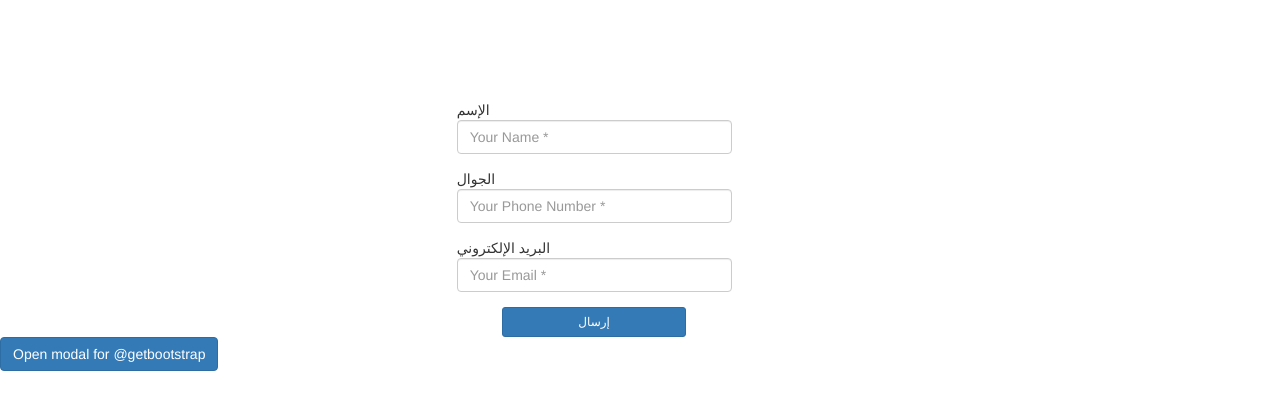
Repository: Abdaljawad-Aya/Itbeep-task
Page: http://localhost/form-user
The author's editor kept a copy of each file at every save. The page is drawn from the files as they stood at one save, then again after the next save.
The browser window is 1280 px wide. The pictures show the whole page.
The page is served by the project's Laravel application, run on PHP 8.4 with Laravel 8. Other server files are loaded and not shown.

Above is the page before, as saved 2021-03-07 17:42:15.

### singlePageApp/routes/web.php
<?php

use Illuminate\Support\Facades\Route;

/*
|--------------------------------------------------------------------------
| Web Routes
|--------------------------------------------------------------------------
|
| Here is where you can register web routes for your application. These
| routes are loaded by the RouteServiceProvider within a group which
| contains the "web" middleware group. Now create something great!
|
*/

Route::get('/', function () {
    return view('welcome');
});

Route::get('form-user', 'formController@form');
Route::post('form-user', ['as' => 'users.store', 'uses' => 'formController@formSaveData']);

### singlePageApp/app/Http/Controllers/formController.php
<?php

namespace App\Http\Controllers;

use Illuminate\Support\Facades\Mail;

use Illuminate\Http\Request;
use App\Mail\formUser;
use App\form;

class formController extends Controller
{
    /**
     * Show the application
     *
     * @return \Illuminatey\Http\Response
     */

    public function form()
    {
        return view('form-user');
    }

    /**
     * Show the application
     *
     * @return \Illuminatey\Http\Response
     */

    public function formSaveData(Request $request)

    {
        $this->validate($request, [
            'name'   => 'required',
            'email'  => 'required|email',
            'mobile' => 'required',
        ]);

        form::create($request->all());
        Mail::send(
            'form-user',
            array(
                'name'   => $request->get('name'),
                'mobile' => $request->get('mobile'),
                'email'  => $request->get('email'),
            ),
            function ($message) use ($request) {
                $message->from('abdaljawad.ayah94@gmail.com');
                $message->to($request->email, 'Admin')->subject($request->get('subject'));
            }
        );
        return back()->with('success', 'Thanks for contact us!');
    }
}

### singlePageApp/resources/views/form-user.blade.php
<!DOCTYPE html>
<html lang="en">
<head>
    <meta charset="UTF-8">
    <meta name="viewport" content="width=device-width, initial-scale=1.0">
    <meta http-equiv="X-UA-Compatible" content="ie=edge">
    <link rel="stylesheet" href="https://maxcdn.bootstrapcdn.com/bootstrap/3.4.1/css/bootstrap.min.css">

    <script src="https://ajax.googleapis.com/ajax/libs/jquery/3.5.1/jquery.min.js"></script>

    <script src="https://maxcdn.bootstrapcdn.com/bootstrap/3.4.1/js/bootstrap.min.js"></script>
    <link rel="stylesheet" href="../views/css/style.css">
    <title>Form</title>
</head>
<body>
   <div class="container contact-form col-lg-6 col-md-offset-4" style="margin-top:100px;">
     @if (session('status'))
       <div class="alert alert-success">
           {{ session('status')}}
       </div>
    @endif
    @if (session('warning'))
    <div class="alert alert-warning">
        {{session('warning')}}
    </div>
    @endif

    <form method="POST" action ="{{ route('users.store')}}">
     {{ csrf_field()}}

     <div class="col-md-6">

        {{-- NAME --}}
         <div class="form-group {{ $errors->has('name') ? ' has-error' : '' }}">
                الإسم
            <input type="text" name="name" class="form-control" placeholder="Your Name *" required/>
             @if ($errors->has('name'))
                 <span class="help-block">
                     <strong>
                         {{ $errors->first('name')}}
                     </strong>
                 </span>
             @endif
         </div>


        {{-- MOBILE --}}

        <div class="form-group" {{$errors->has('mobile') ? 'has-error' : ''}}>
            الجوال
         <input type="text" name="mobile" class="form-control" placeholder="Your Phone Number *" required/>

         @if ($errors->has('mobile'))
             <span class="help-block">
                 <strong>
                     {{ $errors->first('mobile')}}
                 </strong>
             </span>
         @endif
        </div>
         {{-- EMAIL --}}
         <div class="form-group" {{$errors->has('email') ? 'has-error' : ''}}>
            البريد الإلكتروني
          <input type="email" name="email" class="form-control" placeholder="Your Email *" required />

            @if ($errors->has('email'))
            <span class="help-block">
                <strong>
                    {{ $errors->first('email')}}
                </strong>
            </span>
            @endif
        </div>

        <div class="form-group">

            <input type="submit" name="btnSubmit" class="btn btn-primary btn-square btn-sm col-lg-8 col-md-offset-2" value="إرسال" data-toggle="modal" data-target="#exampleModal" data-whatever="@getbootstrap">
        </div>
     </div>
    </form>
</div>

<button type="button" class="btn btn-primary" data-toggle="modal" data-target="#exampleModal" data-whatever="@getbootstrap">Open modal for @getbootstrap</button>

<div class="modal fade" id="exampleModal" tabindex="-1" role="dialog" aria-labelledby="exampleModalLabel" aria-hidden="true">
  <div class="modal-dialog" role="document">
    <div class="modal-content">
      <div class="modal-header">
        <h5 class="modal-title" id="exampleModalLabel">New message</h5>
        <button type="button" class="close" data-dismiss="modal" aria-label="Close">
          <span aria-hidden="true">&times;</span>
        </button>
      </div>
      <div class="modal-body">
        <form>
          <div class="form-group">
            <label for="recipient-name" class="col-form-label">Recipient:</label>
            <input type="text" class="form-control" id="recipient-name">
          </div>
          <div class="form-group">
            <label for="message-text" class="col-form-label">Message:</label>
            <textarea class="form-control" id="message-text"></textarea>
          </div>
        </form>
      </div>
      <div class="modal-footer">
        <button type="button" class="btn btn-secondary" data-dismiss="modal">Close</button>
        <button type="button" class="btn btn-primary">Send message</button>
      </div>
    </div>
  </div>
</div>
</body>
</html>

Loaded but not shown: singlePageApp/app/Http/Controllers/Controller.php (common file)

After the next save:
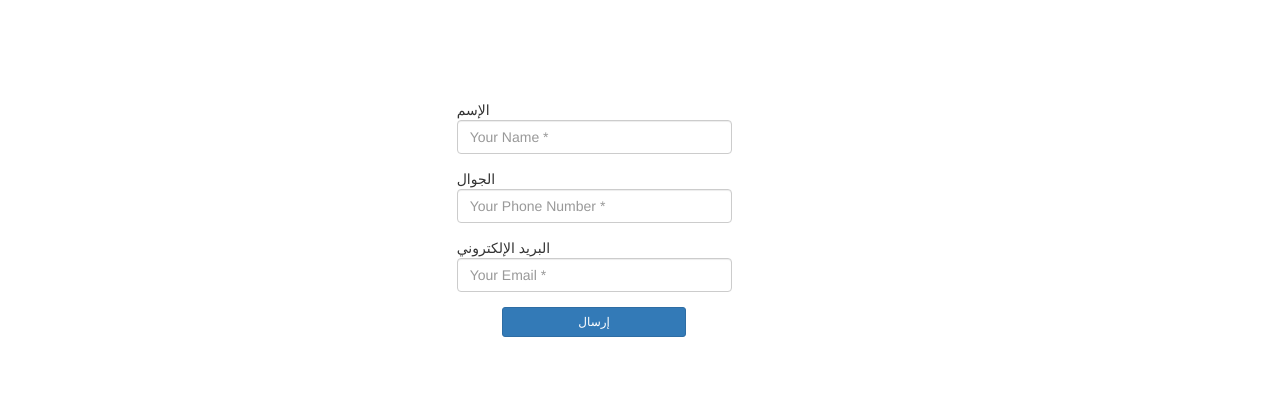
Saved 18 s later.
--- a/singlePageApp/resources/views/form-user.blade.php
+++ b/singlePageApp/resources/views/form-user.blade.php
@@ -80,7 +80,6 @@
     </form>
 </div>
 
-<button type="button" class="btn btn-primary" data-toggle="modal" data-target="#exampleModal" data-whatever="@getbootstrap">Open modal for @getbootstrap</button>
 
 <div class="modal fade" id="exampleModal" tabindex="-1" role="dialog" aria-labelledby="exampleModalLabel" aria-hidden="true">
   <div class="modal-dialog" role="document">
